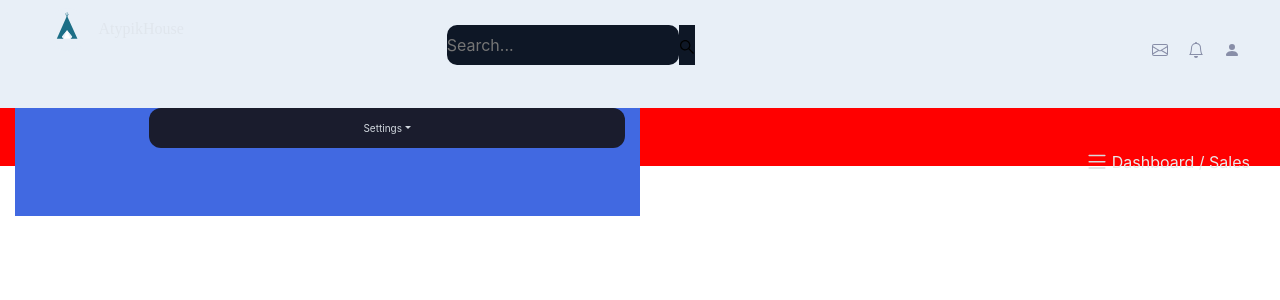
Repository: kifack/API-Symfony-AtypikHouse
Page: / (app in admin-frontend/)
These files come from the project's save history. The page is drawn as it stood at one moment and after the next save; the edit follows.
The browser window is 1280 px wide. The pictures show the whole page.
Some web libraries are served in a nearby version. The project was rebuilt for these pictures with package versions that can differ from the ones it lists, and the page was loaded fresh each time. Also part of the build but not shown: admin-frontend/src/css/Responsive.css, admin-frontend/src/css/admin/navbar.css, admin-frontend/src/components/template_parts/Header.js, admin-frontend/src/components/template_parts/Footer.js, admin-frontend/src/components/template_parts/Sidebar.js, admin-frontend/src/components/partials/LocationEntry.js, admin-frontend/src/components/template_parts/Spinner.js, admin-frontend/src/actions/location.js and 26 more.

Above is the page before, as saved 2020-10-01 19:18:20.

After the next save:
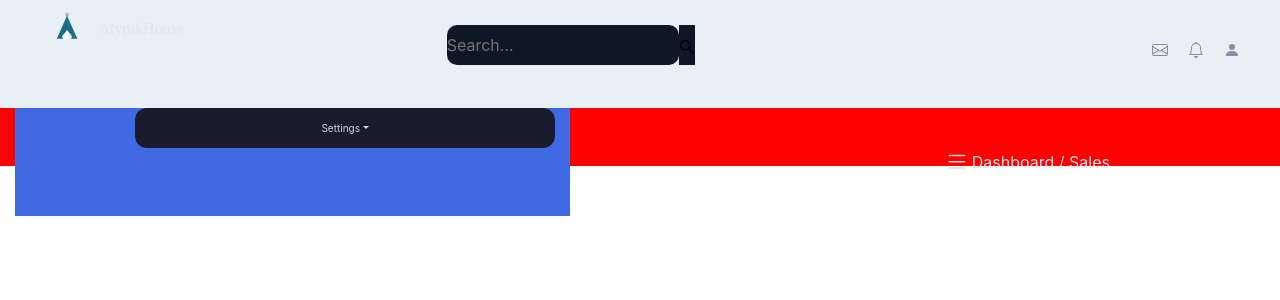
Saved 25 s later.
--- a/admin-frontend/src/css/App.css
+++ b/admin-frontend/src/css/App.css
@@ -185,7 +185,7 @@ header .sous-header .row{
 
 }
 header .sous-header .container{
-  max-width: 100% ;
+
   margin: 0;
 
 }
